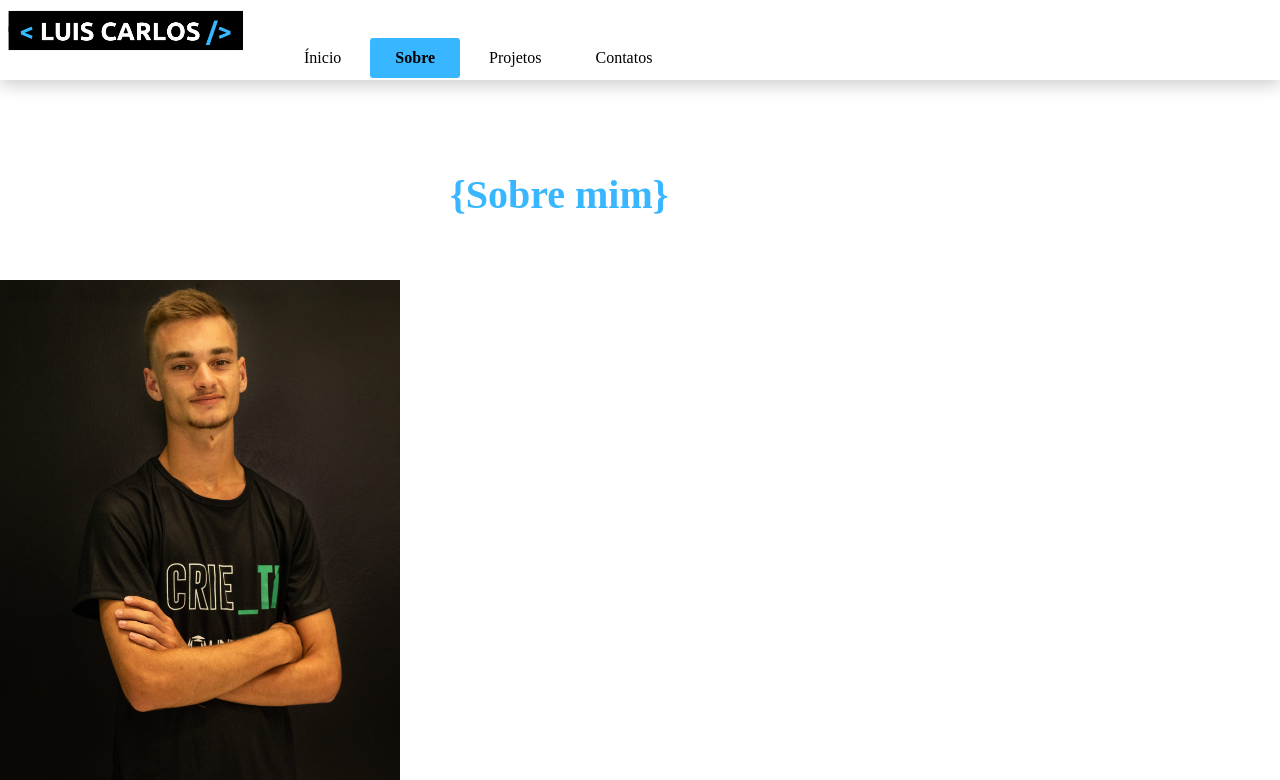
Repository: Iluiscarlos/SitePortifolio
Page: about.html
These files come from the project's save history. The page is drawn as it stood at one moment and after the next save; the edit follows.
The browser window is 1280 px wide. The pictures show the whole page.
Some web libraries are served in a nearby version.

Above is the page before, as saved 2022-05-23 22:10:30.

After the next save:
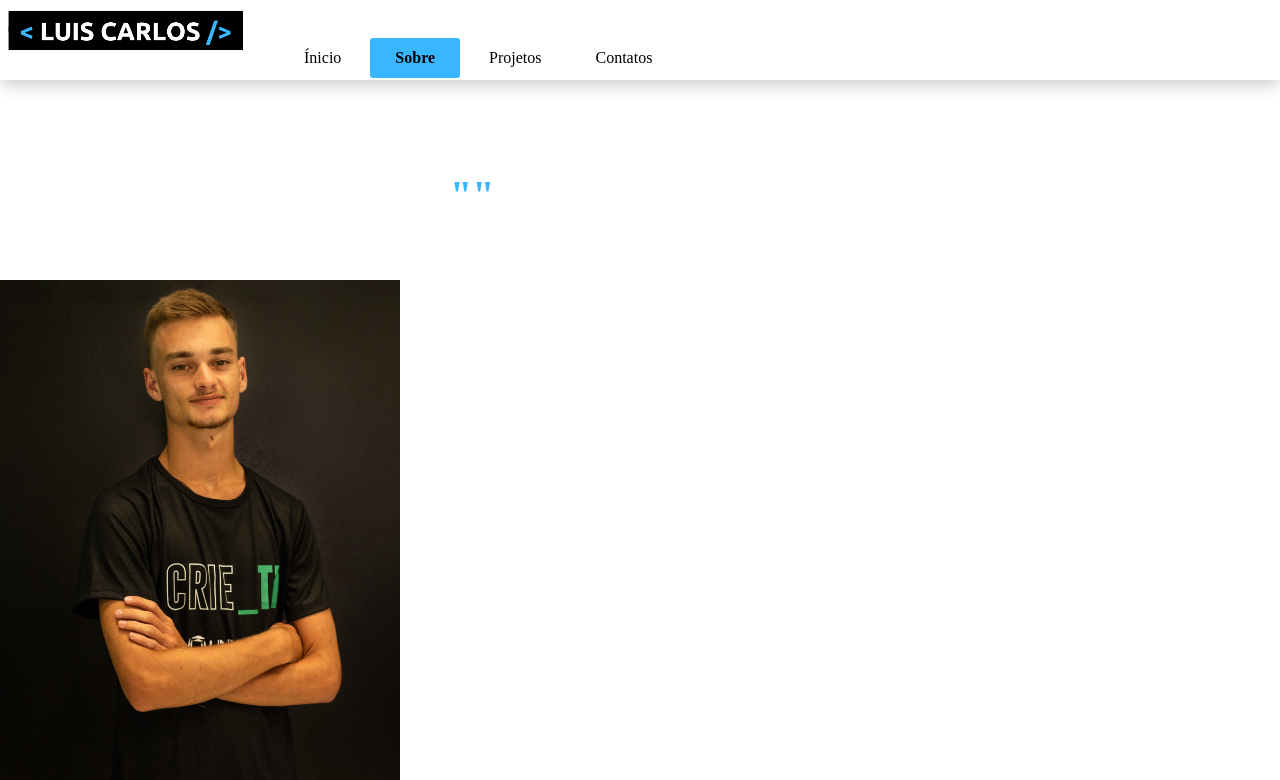
Saved 47 s later.
--- a/about.html
+++ b/about.html
@@ -31,7 +31,7 @@
         <img src="photos/About.jpg" class="about__photo">
 
         <div class="about__content">
-            <h1 class="about__tittle">{Sobre mim}</h1>
+            <h1 class="about__tittle"> "<Sobre mim>" </h1>
         </div>
     </section>
 </body>
